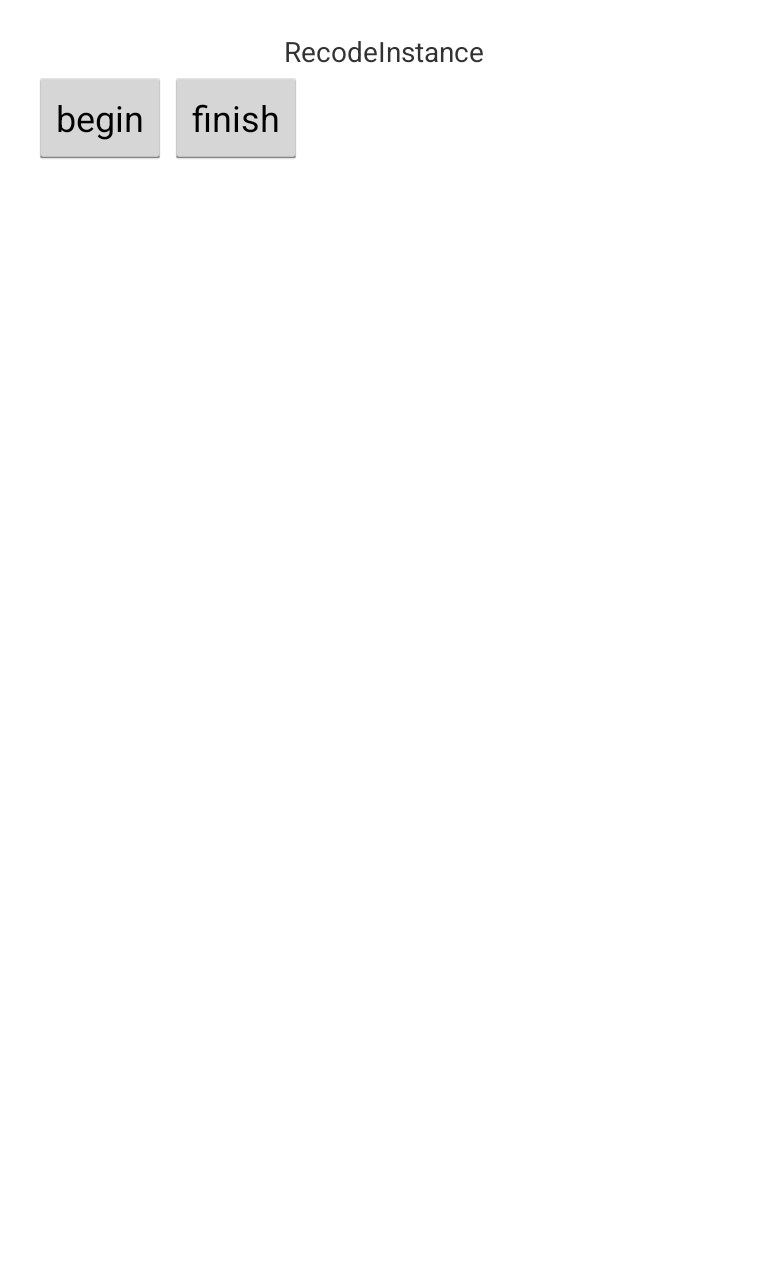
Repository: ShigerD/AndroidSample
Layout: Sample/Sample13/Sample13_5/Recode/res/layout/activity_main.xml
These files come from the project's save history. The layout is drawn as it stood at one moment and after the next save; the edit follows.
It is drawn on a 768 x 1280 px phone screen (xhdpi) without system bars, with theme AppTheme; the app's code is not run.

Above is the layout before, as saved 2016-08-18 04:40:39.

After the next save:
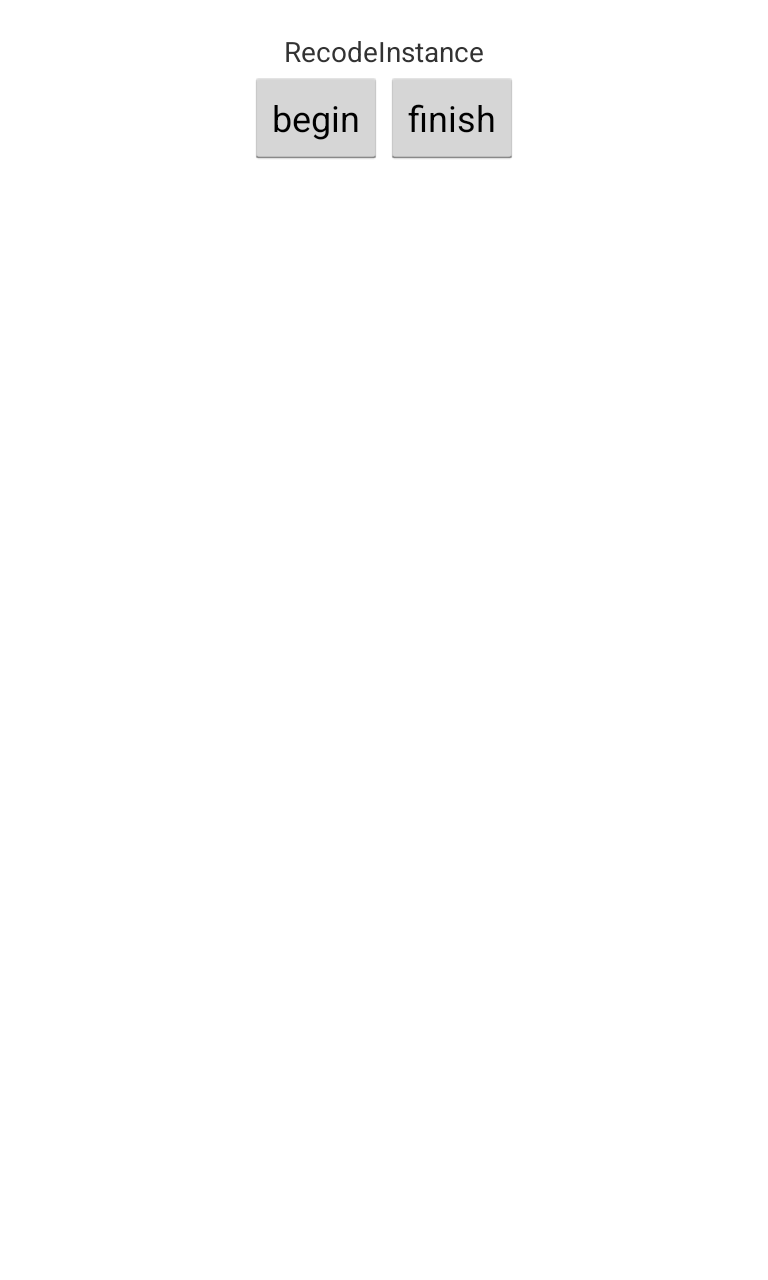
Saved 3 min 38 s later.
--- a/Sample/Sample13/Sample13_5/Recode/res/layout/activity_main.xml
+++ b/Sample/Sample13/Sample13_5/Recode/res/layout/activity_main.xml
@@ -23,7 +23,9 @@
 
         <LinearLayout
             android:layout_width="match_parent"
-            android:layout_height="match_parent" >
+            android:layout_height="match_parent"
+            android:layout_gravity="left"
+            android:gravity="center_horizontal" >
 
             <Button
                 android:id="@+id/start"
@@ -35,6 +37,7 @@
                 android:id="@+id/stop"
                 android:layout_width="wrap_content"
                 android:layout_height="wrap_content"
+                android:layout_gravity="right"
                 android:text="@string/stop" />
 
         </LinearLayout>
